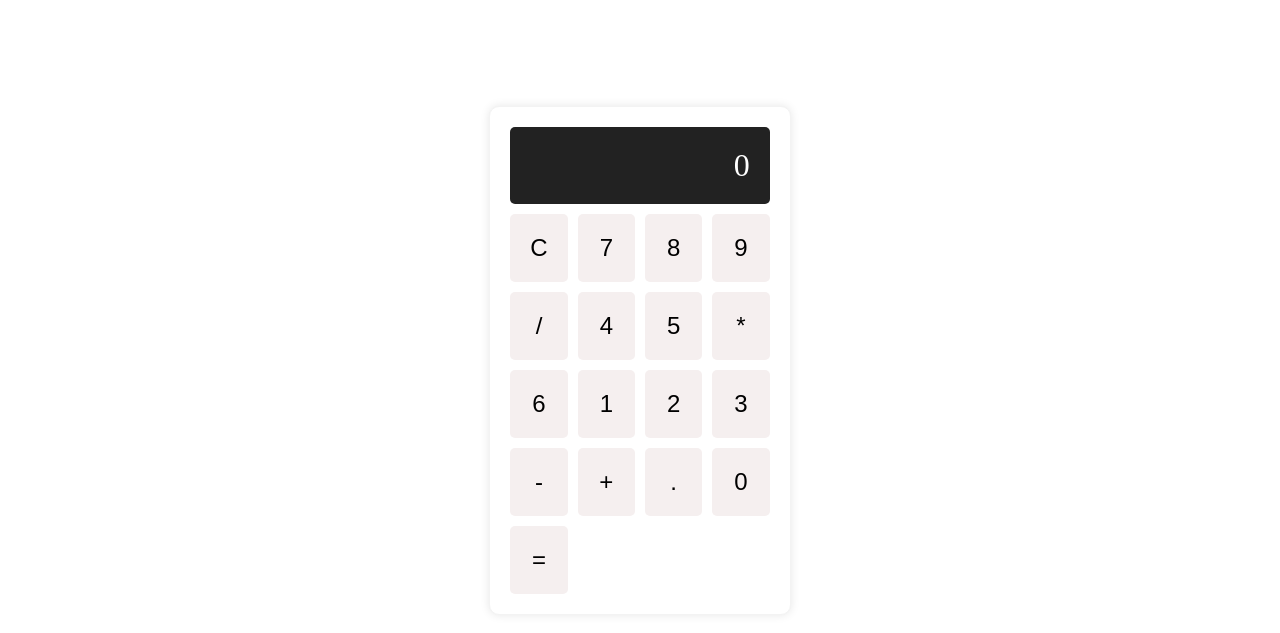
Repository: alizey12/calculator
Page: index.html
These files come from the project's save history. The page is drawn as it stood at one moment and after the next save; the edit follows.
The browser window is 1280 px wide. The pictures show the whole page.

Above is the page before, as saved 2024-11-23 18:48:42.

### index.html
<!DOCTYPE html>
<html lang="en">
<head>
    <meta charset="UTF-8">
    <meta name="viewport" content="width=device-width, initial-scale=1.0">
    <title>Document</title>
    <link rel="stylesheet" href="styles.css">
</head>
<body>
 <div class="calculator">
            <div class="display" id="display">0</div>
            <div class="buttons">


                <button class="btn" id="clear">C</button>
                <button class="btn">7</button>
                <button class="btn">8</button>
                <button class="btn">9</button>
                <button class="btn operator">/</button>
                <button class="btn">4</button>
                <button class="btn">5</button>
                <button class="btn operator">*</button>
                    <button class="btn">6</button>

                <button class="btn">1</button>
                <button class="btn">2</button>
                <button class="btn">3</button>
                <button class="btn operator">-</button>
                <button class="btn operator">+</button>
                <button class="btn">.</button>
                <button class="btn">0</button>
                <button class="btn operator" id="equals">=</button>


            </div>
        </div>


    <script src="script.js"></script>
</body>
</html>

### styles.css
body {
    display: flex;
    justify-content: center;
    align-items: center;
    height: 100vh;
    background-color: #ffffff;
    margin: 0;
}

.calculator {
    border: 1px solid #f3f3f3;
    border-radius: 10px;
    padding: 20px;
    background-color: #fff;
    box-shadow: 0 0 10px rgba(0, 0, 0, 0.1);
}

.display {
    font-size: 2em;
    margin-bottom: 10px;
    padding: 20px;
    background-color: #222;
    color: #fff;
    text-align: right;
    border-radius: 5px;
}


.buttons {
    display: grid;
    grid-template-columns: repeat(4, 1fr);
    gap: 10px;
}

.btn {
    padding: 20px;
    font-size: 1.5em;
    border: none;
    border-radius: 5px;
    background-color: #f5efef;
    cursor: pointer;
}

/*.btn.operator {
    background-color: #da9ac4;
    color: #fff;
}

.btn#clear {
    background-color: #ff3b30;
    color: #fff;
}

.btn#equals {
    grid-column: span 4;
    background-color: #186e2e;
    color: #fff;
} */

Loaded but not shown: script.js (no copy from this time; the picture is the same without it)

After the next save:
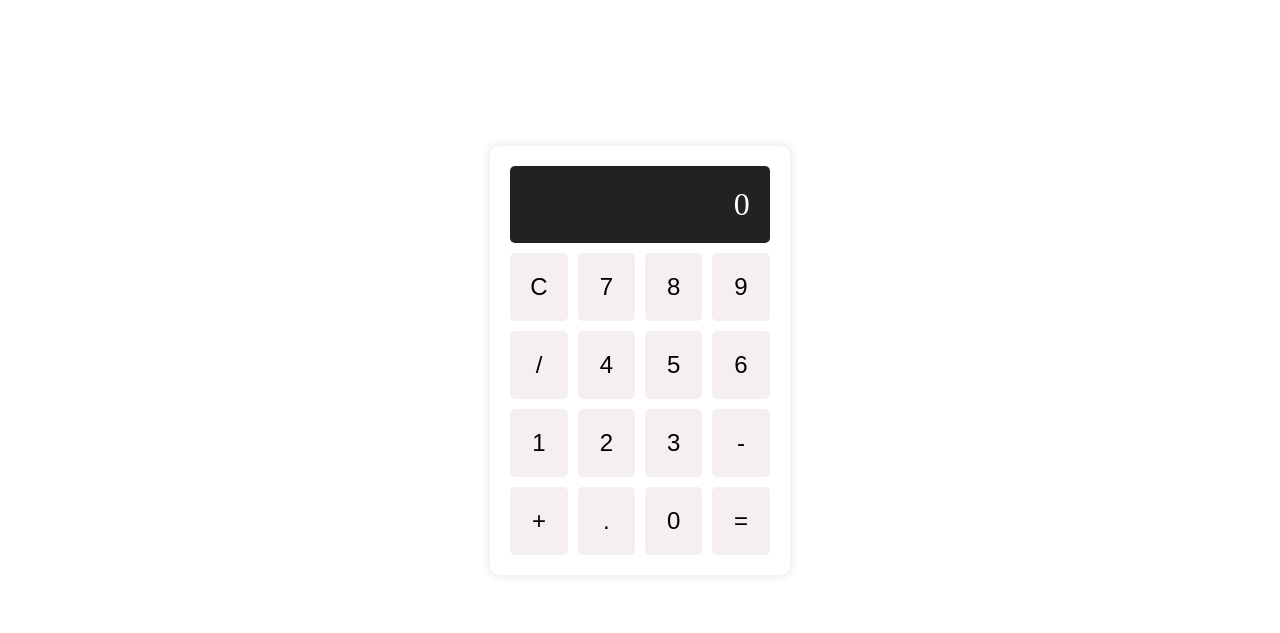
Saved 4 s later.
--- a/index.html
+++ b/index.html
@@ -19,8 +19,7 @@
                 <button class="btn operator">/</button>
                 <button class="btn">4</button>
                 <button class="btn">5</button>
-                <button class="btn operator">*</button>
-                    <button class="btn">6</button>
+                <button class="btn">6</button>
 
                 <button class="btn">1</button>
                 <button class="btn">2</button>
